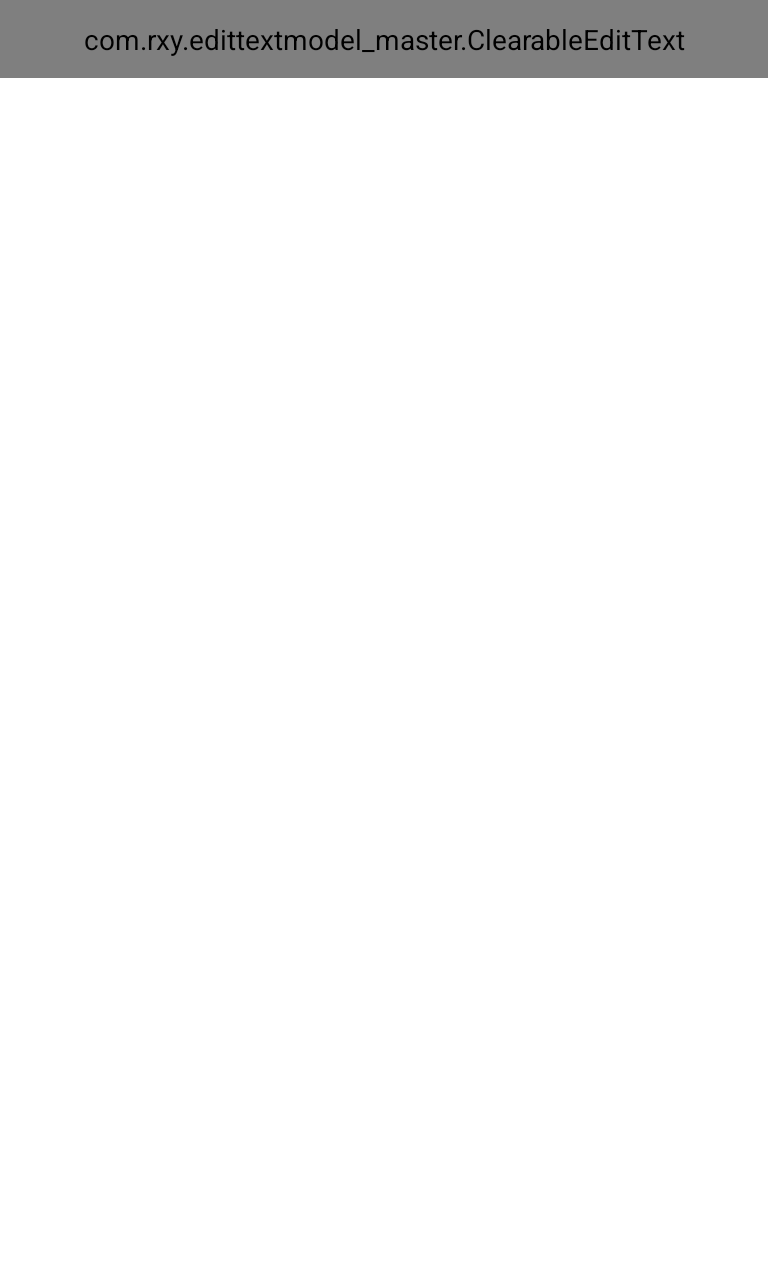
Repository: fatio/Nower
Layout: Android_Client_Source/EnjoyIt/res/layout/mood_dialog.xml
An editor plug-in stored every save of this project. The layout is shown before and after the next save, followed by the edit.
Pictures or frames that could not be fetched are drawn as grey boxes. It is drawn on a 768 x 1280 px phone screen (xhdpi) without system bars, with theme AppTheme; the app's code is not run.

Above is the layout before, as saved 2015-12-28 12:19:27.

### Android_Client_Source/EnjoyIt/res/layout/mood_dialog.xml
<?xml version="1.0" encoding="utf-8"?>
<LinearLayout xmlns:android="http://schemas.android.com/apk/res/android"
    android:orientation="vertical"
    android:layout_width="wrap_content"
    android:layout_height="wrap_content">


    <com.rxy.edittextmodel_master.ClearableEditText
        android:id="@+id/et_mood"
        android:layout_width="match_parent"
        android:layout_height="wrap_content"
        android:padding="10dp"
        android:inputType="textMultiLine"/>


</LinearLayout>

### Android_Client_Source/EnjoyIt/res/values/styles.xml
<resources>




    <style name="like_toast_dialog_style">
        <item name="android:windowFrame">@null</item>
        <item name="android:windowIsFloating">true</item>
        <item name="android:windowIsTranslucent">true</item>
        <item name="android:windowNoTitle">true</item>
        <item name="android:backgroundDimEnabled">false</item>
        <item name="android:windowContentOverlay">@null</item>
        <item name="android:windowBackground">@drawable/round_background</item>
    </style>
    <style name="AnimBottom" parent="@android:style/Animation">
        <item name="android:windowEnterAnimation">@anim/push_bottom_in</item>
        <item name="android:windowExitAnimation">@anim/push_bottom_out</item>
    </style>

    <style name="PopupAnimation3" parent="android:Animation">
        <item name="android:windowEnterAnimation">@anim/push_bottom_in</item>
        <item name="android:windowExitAnimation">@anim/push_bottom_out</item>
    </style>

    <style name="PopupAnimation" mce_bogus="1" parent="android:Animation">
        <item name="android:windowEnterAnimation">@anim/activity_translate_in</item>
        <item name="android:windowExitAnimation">@anim/activity_translate_out</item>
    </style>

    <style name="PopupAnimation1" mce_bogus="1" parent="android:Animation">
        <item name="android:windowEnterAnimation">@anim/popup_enter</item>
        <item name="android:windowExitAnimation">@anim/popup_exit</item>
    </style>
    <!--
        Base application theme, dependent on API level. This theme is replaced
        by AppBaseTheme from res/values-vXX/styles.xml on newer devices.

    -->
    <style name="AppBaseTheme" parent="android:Theme.Light">
        <!--
            Theme customizations available in newer API levels can go in
            res/values-vXX/styles.xml, while customizations related to
            backward-compatibility can go here.

        -->
    </style>

    <!-- Application theme. -->
    <style name="AppTheme" parent="AppBaseTheme">
        <!-- All customizations that are NOT specific to a particular API-level can go here. -->
    </style>

</resources>

Loaded but not shown: Android_Client_Source/EnjoyIt/res/values-v11/styles.xml (common file); Android_Client_Source/EnjoyIt/res/values-v14/styles.xml (common file)

After the next save:
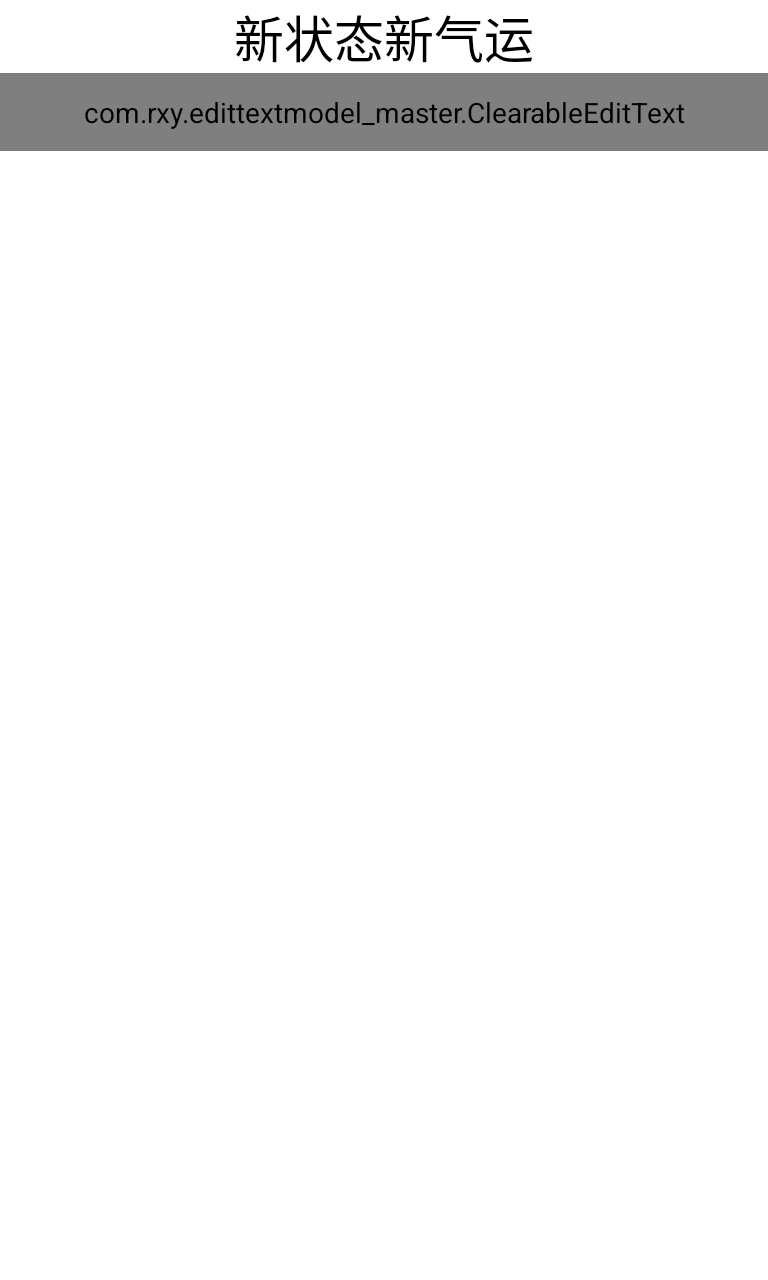
Saved 2 min 25 s later.
--- a/Android_Client_Source/EnjoyIt/res/layout/mood_dialog.xml
+++ b/Android_Client_Source/EnjoyIt/res/layout/mood_dialog.xml
@@ -4,12 +4,19 @@
     android:layout_width="wrap_content"
     android:layout_height="wrap_content">
 
-
+	<TextView
+	    android:layout_width="match_parent"
+	    android:layout_height="wrap_content"
+	    android:gravity="center"
+	    android:text="新状态新气运"
+	    android:textSize="25sp"
+	    android:textColor="#000000"/>
     <com.rxy.edittextmodel_master.ClearableEditText
         android:id="@+id/et_mood"
         android:layout_width="match_parent"
         android:layout_height="wrap_content"
         android:padding="10dp"
+        android:textColor="#212121"
         android:inputType="textMultiLine"/>
 
 
